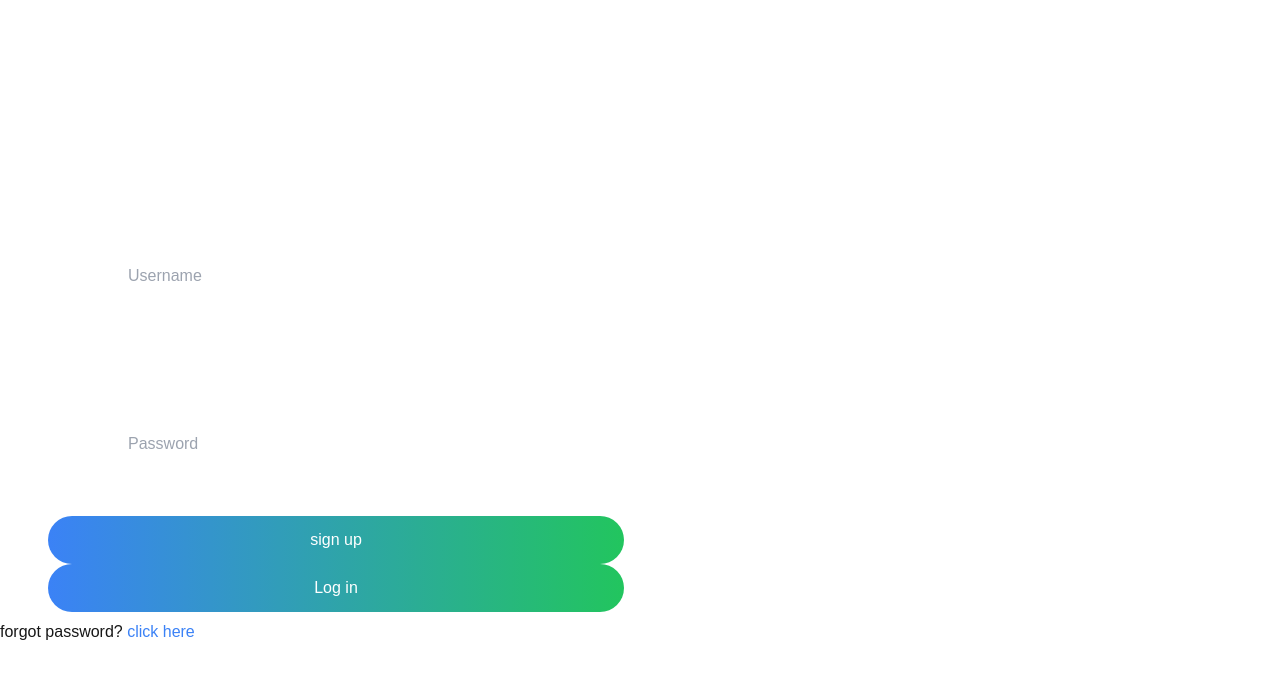
Repository: oxniw/usingmoney
Page: /signin
An editor plug-in stored every save of this project. The page is shown before and after the next save, followed by the edit.
The browser window is 1280 px wide. The pictures show the whole page.
The project was rebuilt for these pictures with package versions that can differ from the ones it lists, and the page was loaded fresh each time. The framework's server and built-in components were replaced by stand-ins that run in the browser. Also part of the build but not shown: next.config.ts, src/app/signin/opop.jsx. Imported but missing from the stored project, and not drawn on this page: components/ui/wavy-background.

Above is the page before, as saved 2025-04-09 18:45:24.

After the next save:
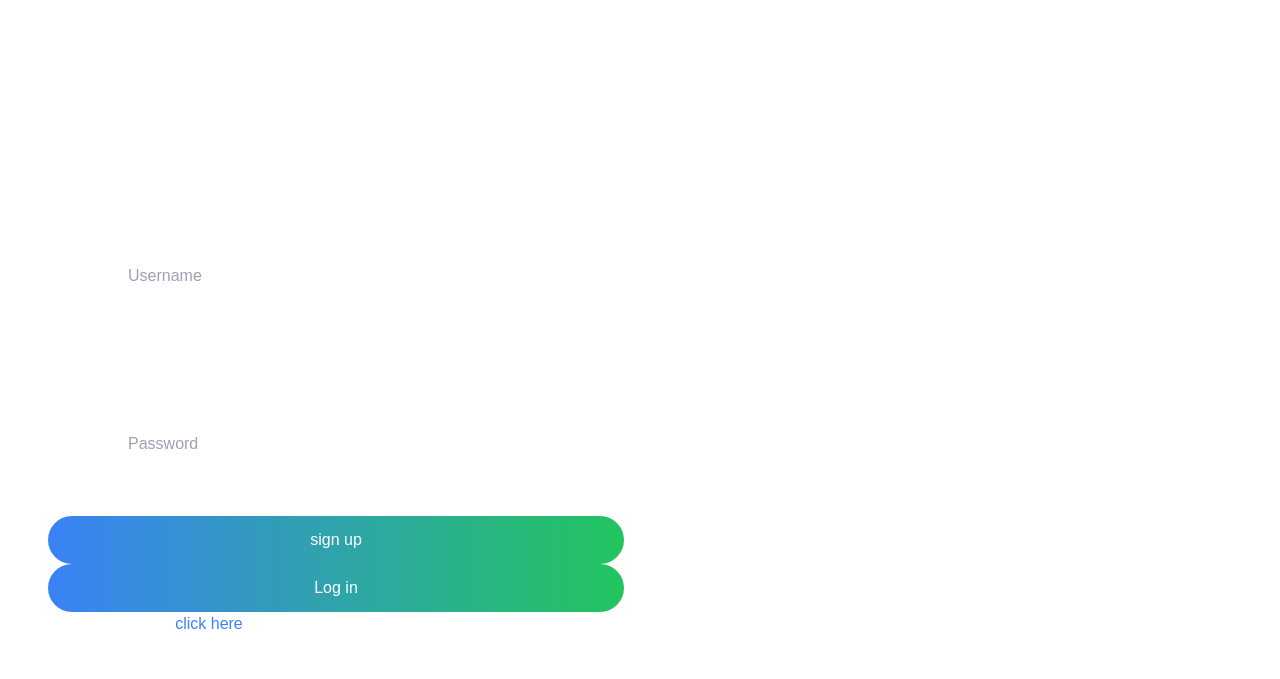
Saved 29 s later.
--- a/src/app/signin/page.jsx
+++ b/src/app/signin/page.jsx
@@ -77,10 +77,11 @@ function Background() {
             <button
             onClick={goTologin}
             className="relative z-10 w-full p-8 max-w-3xl py-3 rounded-3xl text-white bg-gradient-to-r from-blue-500 to-green-500 hover:from-blue-700 hover:to-green-700 focus:outline-none focus:ring-2 focus:ring-indigo-500">Log in</button>
-          </div>
-          <div>
+            <div>
             forgot password? <span className="text-blue-500 cursor-pointer" onClick={() => setShowPopup(true)}>click here</span>
           </div>
+          </div>
+
           <div>
             {showPopup && <Opup onClose={() => setShowPopup(false)}/>}
           </div>
